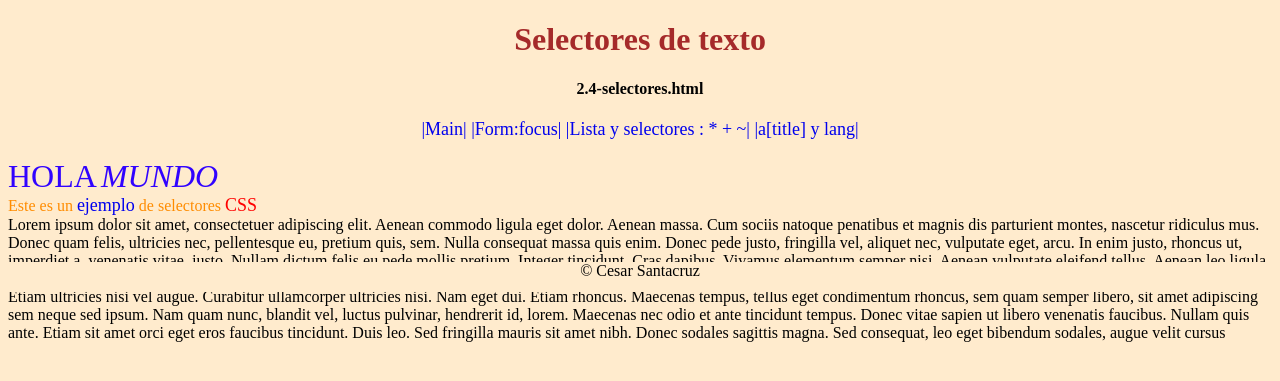
Repository: cesarsant0203/My_Study
Page: Introducción al desarrollo web/2-Css/2.4-selectores_css.html
The author's editor kept a copy of each file at every save. The page is drawn from the files as they stood at one save, then again after a run of saves.
The browser window is 1280 px wide. The pictures show the whole page.

Above is the page before, as saved 2020-04-28 19:46:39.

### Introducción al desarrollo web/2-Css/2.4-selectores_css.html
<!DOCTYPE html>
<html lang="es">

<head>
    <meta charset="utf-8" />
    <title> Selectores CSS </title>
    <link href="2.4-selectores_css.css" rel="stylesheet" />
</head>

<body>
    <h1 id="titulo">Selectores de texto</h1>
    <h4>2.4-selectores.html</h4>
    <section id="mySection" class="box">
        <nav>
            <a href="2.4-selectores_css.html">|Main|</a>
            <a href="2.4.2-selectores_css.html">|Form:focus|</a>
            <a href="2.4.3-selectores_css.html">|Lista y selectores : * + ~|</a>
            <a href="2.4.4-selectores_css.html">|a[title] y lang|</a>
        </nav>
    </section>
    <br/>
    <div id="holaMundo" class="box">
        <span>HOLA</span>
        <span id="mundo">MUNDO</span>
    </div>
    <span id="mySpan">Este es un <a href="#" class="bold">ejemplo</a> de selectores</span>
    <span class="bold red">CSS</span><br/>Lorem ipsum dolor sit amet, consectetuer adipiscing elit. Aenean commodo ligula
    eget dolor. Aenean massa. Cum sociis natoque penatibus et magnis dis parturient montes, nascetur ridiculus mus.
    Donec quam felis, ultricies nec, pellentesque eu, pretium quis, sem. Nulla consequat massa quis enim. Donec pede
    justo, fringilla vel, aliquet nec, vulputate eget, arcu. In enim justo, rhoncus ut, imperdiet a, venenatis vitae,
    justo. Nullam dictum felis eu pede mollis pretium. Integer tincidunt. Cras dapibus. Vivamus elementum semper nisi.
    Aenean vulputate eleifend tellus. Aenean leo ligula, porttitor eu, consequat vitae, eleifend ac, enim. Aliquam lorem
    ante, dapibus in, viverra quis, feugiat a, tellus. Phasellus viverra nulla ut metus varius laoreet. Quisque rutrum.
    Aenean imperdiet. Etiam ultricies nisi vel augue. Curabitur ullamcorper ultricies nisi. Nam eget dui. Etiam rhoncus.
    Maecenas tempus, tellus eget condimentum rhoncus, sem quam semper libero, sit amet adipiscing sem neque sed ipsum.
    Nam quam nunc, blandit vel, luctus pulvinar, hendrerit id, lorem. Maecenas nec odio et ante tincidunt tempus. Donec
    vitae sapien ut libero venenatis faucibus. Nullam quis ante. Etiam sit amet orci eget eros faucibus tincidunt. Duis
    leo. Sed fringilla mauris sit amet nibh. Donec sodales sagittis magna. Sed consequat, leo eget bibendum sodales,
    augue velit cursus

    <footer>
        &copy Cesar Santacruz
    </footer>
</body>


</html>

### Introducción al desarrollo web/2-Css/2.4-selectores_css.css
/*tipo*/
*{
    background-color: blanchedalmond;
}
h1 {
    color: brown;
}

/*-----------------------*/

/*.clase*/
.box {
    background-color: none;
    color: aqua;
}

.bold {
    font-size: large;
}

.red {
    color: red;
}

/*-----------------------*/

/*#identificador*/
#holaMundo {
    color: rgb(49, 3, 255);
}

span#mySpan {
    color: darkorange;
}

/*-----------------------*/
div span {
    font-size: xx-large;
}

/*-----------------------*/

/* selector universal (*)*/
* {
    margin: 0, 2cm;
    padding: 0%;
}

/*-----------------------*/

/*dos puntos:*/
a:link {
    text-decoration: none;
}

a:visited {
    text-decoration: none;
}

a:hover {
    text-decoration: none;
    color: deeppink;
}

a:active {
    text-decoration: none;
    color: deeppink;
}
/*-----------------------*/
h1, h4, section {
    text-align: center;
}
section#mySection{
    font-size: large;
}
span#mundo {
    font-style: italic;
}
footer {
    position: relative;
    margin-top: -80px;
    text-align: center;
    height: 30px;

}

After the next 2 saves:
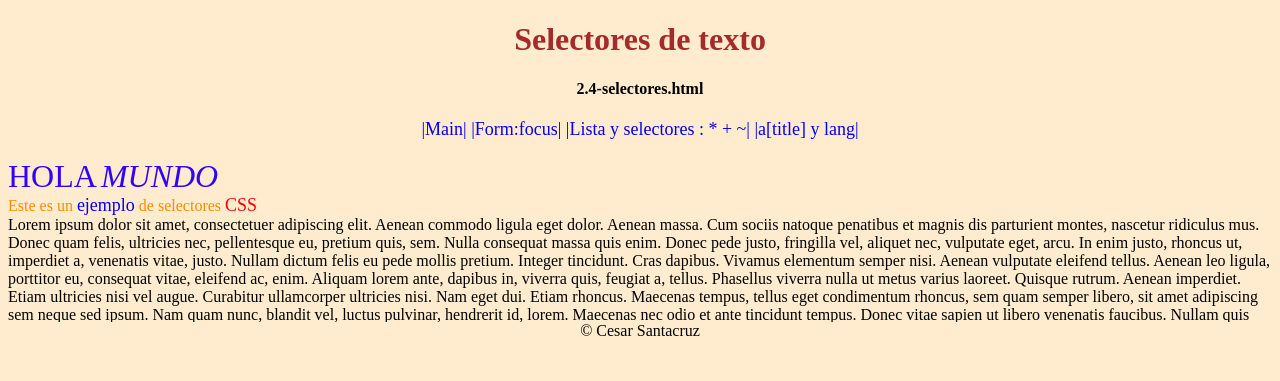
The 2 saves are shown as one change because they came seconds apart.
The last was saved 10 s later.
--- a/Introducción al desarrollo web/2-Css/2.4-selectores_css.css
+++ b/Introducción al desarrollo web/2-Css/2.4-selectores_css.css
@@ -78,7 +78,7 @@ span#mundo {
 }
 footer {
     position: relative;
-    margin-top: -80px;
+    margin-top: -20px;
     text-align: center;
     height: 30px;
 
